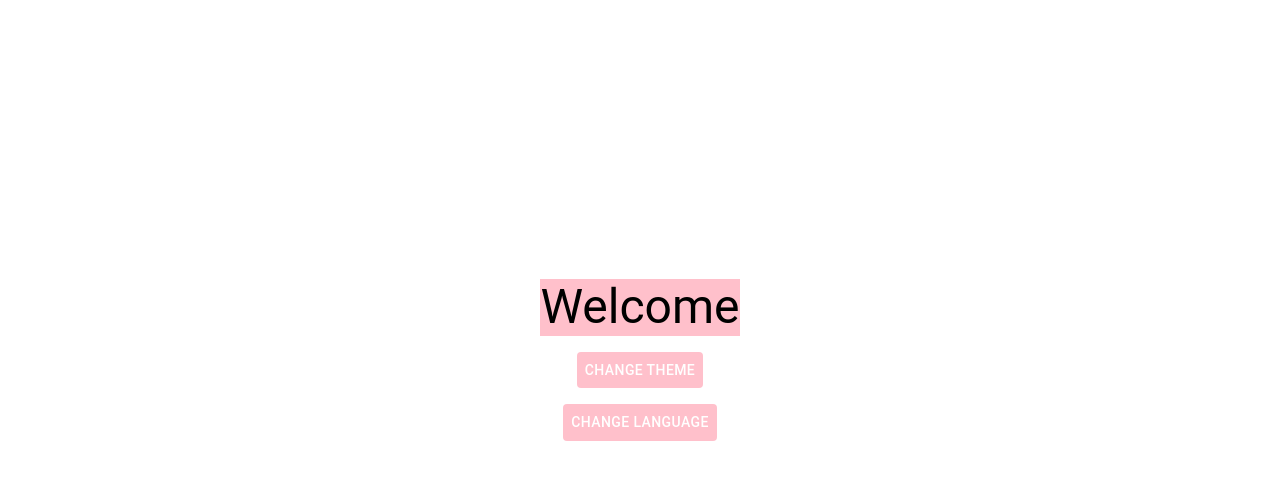
Repository: savannaaaas/contextLanguageTheme
Page: /
These files come from the project's save history. The page is drawn as it stood at one moment and after the next save; the edit follows.
The browser window is 1280 px wide. The pictures show the whole page.
The project was rebuilt for these pictures with package versions that can differ from the ones it lists, and the page was loaded fresh each time. Also part of the build but not shown: vite.config.js.

Above is the page before, as saved 2025-07-11 17:43:41.

### src/main.jsx
import { StrictMode } from "react";
import { createRoot } from "react-dom/client";
import App from "./App.jsx";
import { MasterProvider } from "./providers/MasterProvider.jsx";

createRoot(document.getElementById("root")).render(
  <StrictMode>
    <MasterProvider>
      <App />
    </MasterProvider>
  </StrictMode>
);

### src/App.jsx
import { useContext } from "react";
import { ThemeContext } from "./providers/ThemeContext";
import { ControlsPanel } from "./components/ControlsPanel";
import { Header } from "./components/Header";
import "./App.css";
export const translations = {
  en: {
    welcome: "Welcome",
    profile: "Your profile",
  },
  ru: {
    welcome: "Добро пожаловать",
    profile: "Твой профиль",
  },
};
function App() {
  const { theme } = useContext(ThemeContext);

  const themeStyle = {
    backgroundColor: theme === "light" ? "#fff" : "black",
    height: "100vh",
    display: "flex", // Flex-контейнер
    flexDirection: "column",
    justifyContent: "center",
    alignItems: "center",
    gap: "1em",
  };
  return (
    <div style={themeStyle}>
      <Header />
      <ControlsPanel />
    </div>
  );
}

export default App;

### src/providers/MasterProvider.jsx
import ThemeProvider from "./ThemeContext";
import LanguageProvider from "./LanguageContext";

export const MasterProvider = ({ children }) => {
  return (
    <ThemeProvider>
      <LanguageProvider>{children}</LanguageProvider>
    </ThemeProvider>
  );
};

### src/providers/ThemeContext.jsx
import { createContext, useCallback, useState } from "react";
export const ThemeContext = createContext(null);
const ThemeProvider = ({ children }) => {
  const [theme, setTheme] = useState("light");
  const toggleTheme = useCallback(() => {
    setTheme((theme) => (theme === "light" ? "dark" : "light"));
  }, [setTheme]);
  return (
    <ThemeContext.Provider value={{ theme, setTheme, toggleTheme }}>
      {children}
    </ThemeContext.Provider>
  );
};
export default ThemeProvider;

### src/components/ControlsPanel.jsx
import { useContext } from "react";
import { ThemeContext } from "../providers/ThemeContext";
import { LanguageContext } from "../providers/LanguageContext";
import Button from "@mui/material/Button";
export const ControlsPanel = () => {
  const { toggleTheme } = useContext(ThemeContext);
  const { toggleLanguage } = useContext(LanguageContext);
  return (
    <>
      <Button
        onClick={toggleTheme}
        style={{ backgroundColor: "pink", color: "#fff" }}
      >
        Change theme
      </Button>
      <Button
        onClick={() => toggleLanguage()}
        style={{ backgroundColor: "pink", color: "#fff" }}
      >
        Change language
      </Button>
    </>
  );
};

### src/components/Header.jsx
import { Typography } from "@mui/material";
import { useContext } from "react";
import { ThemeContext } from "../providers/ThemeContext";
import { LanguageContext } from "../providers/LanguageContext";
import { translations } from "../App";
/*const translations = {
  en: {
    welcome: "Welcome",
    profile: "Your profile",
  },
  ru: {
    welcome: "Добро пожаловать",
    profile: "Твой профиль",
  },
}; */
export const Header = () => {
  const { theme } = useContext(ThemeContext);
  const { language } = useContext(LanguageContext);
  return (
    <Typography
      variant="h3"
      style={{
        color: theme === "light" ? "black" : "white",
        backgroundColor: theme === "light" ? "pink" : "red",
      }}
    >
      {translations[language].welcome}
    </Typography>
  );
};

### src/App.css
html, body, #root {
 height: 100%;
  margin: 0;
  padding: 0;
  text-align: center;
}

### src/providers/LanguageContext.jsx
import { createContext, useState } from "react";
export const LanguageContext = createContext(null);

const LanguageProvider = ({ children }) => {
  const [language, setLanguage] = useState("en");
  const toggleLanguage = () => {
    setLanguage((language) => (language === "en" ? "ru" : "en"));
  };
  return (
    <LanguageContext.Provider value={{ language, setLanguage, toggleLanguage }}>
      {children}
    </LanguageContext.Provider>
  );
};
export default LanguageProvider;

### src/components/UserProfile.jsx
import { Typography } from "@mui/material";
import { translations } from "../App";
import { useContext } from "react";
import { LanguageContext } from "../providers/LanguageContext";
import { ThemeContext } from "../providers/ThemeContext";
export const UserProfile = () => {
  const { theme } = useContext(ThemeContext);
  const { language } = useContext(LanguageContext);
  return <Typography variant="h6">{translations[language].profile}</Typography>;
};

Loaded but not shown: index.html (common file)

After the next save:
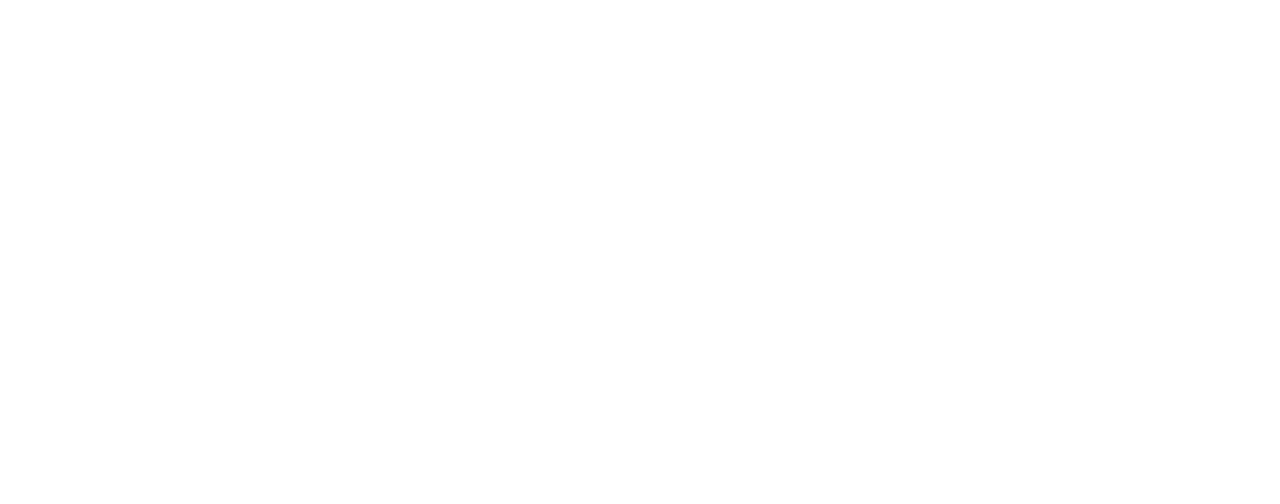
Console error: ReferenceError: UserProfile is not defined
Saved 17 s later.
--- a/src/App.jsx
+++ b/src/App.jsx
@@ -28,6 +28,7 @@
   return (
     <div style={themeStyle}>
       <Header />
+      <UserProfile />
       <ControlsPanel />
     </div>
   );

After the save that followed:
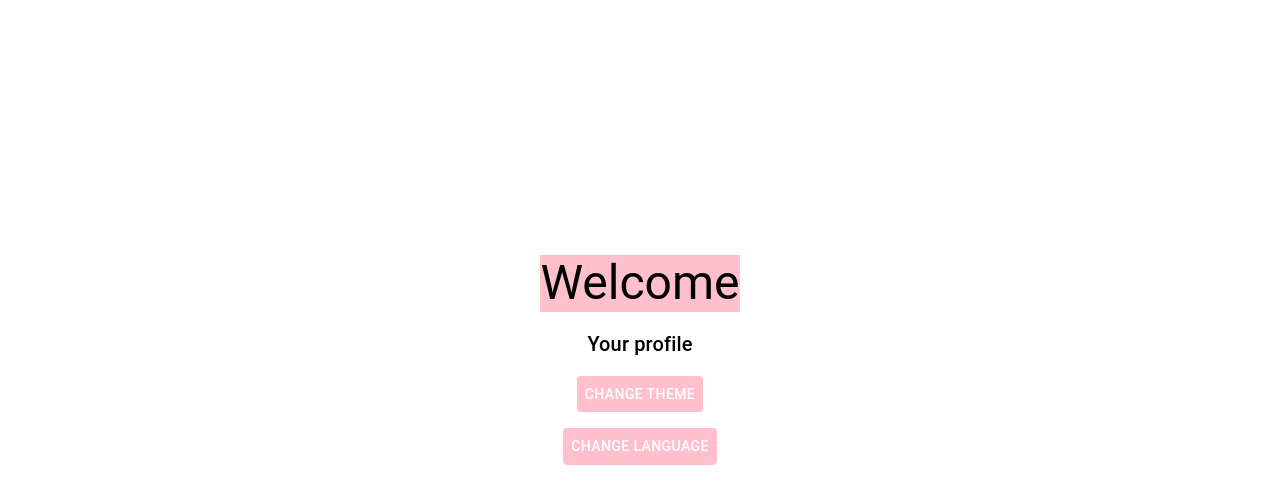
The error is gone.
Saved 17 s later.
--- a/src/App.jsx
+++ b/src/App.jsx
@@ -2,6 +2,7 @@
 import { ThemeContext } from "./providers/ThemeContext";
 import { ControlsPanel } from "./components/ControlsPanel";
 import { Header } from "./components/Header";
+import { UserProfile } from "./components/UserProfile";
 import "./App.css";
 export const translations = {
   en: {
